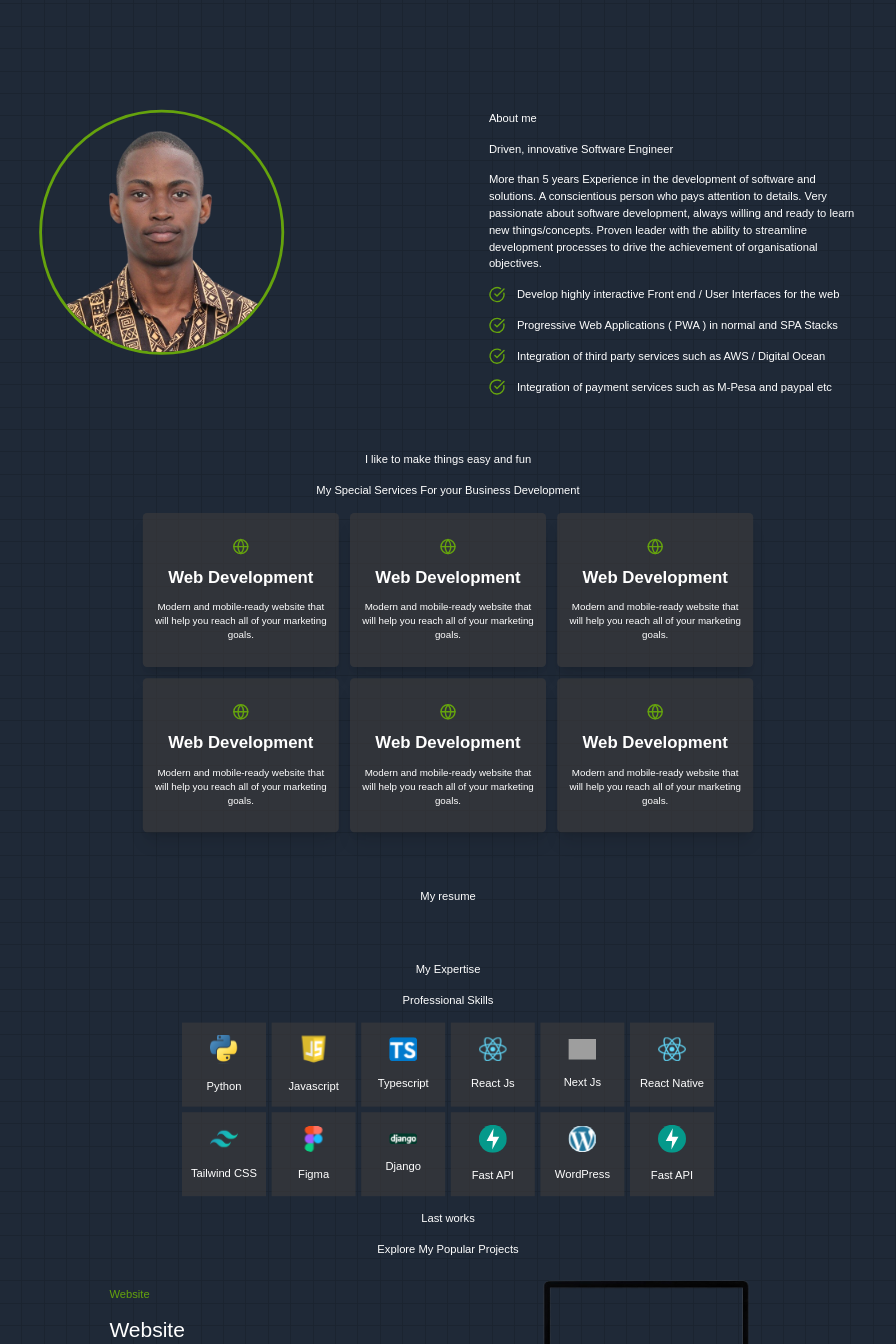
Repository: BrunelDev/portfolioV2
Page: /
The author's editor kept a copy of each file at every save. The page is drawn from the files as they stood at one save, then again after the next save.
The browser window is 1280 px wide. The pictures show the part of the page from y = 667 to 2587 px (the page is 5054 px tall), at 70% of full size.
Pictures or frames that could not be fetched are drawn as grey boxes. The project was rebuilt for these pictures with package versions that can differ from the ones it lists, and the page was loaded fresh each time. The framework's server and built-in components were replaced by stand-ins that run in the browser. Also part of the build but not shown: next.config.ts.

Above is the page before, as saved 2024-12-09 16:35:42.

### app/layout.tsx
import type { Metadata } from "next";
import localFont from "next/font/local";
import "./globals.css";
import {BackgroundBeams} from "@/components/ui/background-beams"

const geistSans = localFont({
  src: "./fonts/GeistVF.woff",
  variable: "--font-geist-sans",
  weight: "100 900",
});
const geistMono = localFont({
  src: "./fonts/GeistMonoVF.woff",
  variable: "--font-geist-mono",
  weight: "100 900",
});

export const metadata: Metadata = {
  title: "Create Next App",
  description: "Generated by create next app",
};

export default function RootLayout({
  children,
}: Readonly<{
  children: React.ReactNode;
}>) {
  return (
    <html lang="en">
      <body
        className={`${geistSans.variable} ${geistMono.variable} antialiased bg-gray-800 selection:bg-lime-600 text-white dark:bg-grid-white/[0.2] bg-grid-black/[0.2]`}


      >
        <div className="z-50">
        {children}

</div>
      </body>
    </html>
  );
}

### app/components/footer.tsx
"use client"
import { ChevronsUp } from "lucide-react";
import Link from "next/link";

export function Footer() {
  const scrollToTop = (event: React.MouseEvent<HTMLAnchorElement>) => {
    event.preventDefault();
    const element = document.getElementById("top");
    if (element) {
      element.scrollIntoView({ behavior: "smooth" });
    }
  };
  return (
    <div className="flex flex-col sm:flex-row px-4 sm:px-20 py-6 justify-between items-center bg-[#252525af] relative">
      <h6 className="text-center sm:text-left mb-4 sm:mb-0">
        Copyright @2024, Wilson Kinyua. All Rights Reserved
      </h6>
      <Link
        href={"#top"}
        onClick={(e) => {
          scrollToTop(e);
        }}
        className="mb-4 sm:mb-0"
      >
        <div className="bg-lime-600 rounded-lg w-[60px] h-[60px] flex justify-center items-center mx-auto sm:mx-0">
          <ChevronsUp size={40} />
        </div>
      </Link>

      <ul className="flex flex-wrap justify-center sm:justify-start space-x-3">
        <li className="hover:text-lime-600 duration-300">
          <a href="#home">Home</a>
        </li>
        <li className="hover:text-lime-600 duration-300">
          <a href="#about">About</a>
        </li>
        <li className="hover:text-lime-600 duration-300">
          <a href="#contact">Contact</a>
        </li>
        <li className="hover:text-lime-600 duration-300">
          <a href="#services">Services</a>
        </li>
        <li className="hover:text-lime-600 duration-300">
          <a href="#blog">Resume</a>
        </li>
        <li className="hover:text-lime-600 duration-300">
          <a href="#login">Skills</a>
        </li>
        <li className="hover:text-lime-600 duration-300">
          <a href="#logout">Projects</a>
        </li>
      </ul>
    </div>
  );
}

### app/components/input.tsx
import { Input } from "@/components/ui/input";
import { Label } from "@/components/ui/label";

export function InputComponent({
  placeholder = "",
  label = "",
  handleChange,
  height = "",
}: {
  placeholder: string;
  label: string;
  handleChange: (value: string) => void;
  height: string;
}) {
  return (
    <div className="grid w-full items-center gap-1.5 ">
      <Label htmlFor="email">{label}</Label>
      <Input
        className={`h-full w-full ${height ? height : ""}`}
        type="email"
        id="email"
        placeholder={placeholder}
        onChange={(e) => {
          handleChange(e.target.value);
        }}
      />
    </div>
  );
}

### app/components/navbar.tsx
import {
  BriefcaseBusiness,
  Contact,
  FileText,
  House,
  Layers,
  PencilRuler,
  UserRoundSearch,
} from "lucide-react";
import { Button } from "@/components/ui/button"
export function Navbar() {
  return (
    <div className="w-full px-4 sm:px-8 flex flex-col sm:flex-row justify-between items-center my-6 z-50" id="top">
      <h6 className="text-center sm:text-left mb-4 sm:mb-0">
        <span className="text-lime-600">A</span>HOKPOSSI{" "}
        <span className="text-lime-600">B</span>runel
      </h6>
      <ul className="flex flex-wrap justify-center sm:justify-start space-x-3 p-4 rounded-xl bg-gray-900">
        <li className="hover:text-lime-600 duration-300">
          <a href="#home">Home</a>
        </li>
        <li className="hover:text-lime-600 duration-300">
          <a href="#about">About</a>
        </li>
        <li className="hover:text-lime-600 duration-300">
          <a href="#contact">Contact</a>
        </li>
        <li className="hover:text-lime-600 duration-300">
          <a href="#services">Services</a>
        </li>
        <li className="hover:text-lime-600 duration-300">
          <a href="#blog">Resume</a>
        </li>
        <li className="hover:text-lime-600 duration-300">
          <a href="#login">Skills</a>
        </li>
        <li className="hover:text-lime-600 duration-300">
          <a href="#logout">Projects</a>
        </li>
      </ul>
      <Button variant="gooeyLeft" className="bg-lime-600 rounded-md px-4 py-1 hover:bg-lime-900 hover:scale-105 duration-300 h-fit mt-4 sm:mt-0">
        Hire Me
      </Button>
    </div>
  );
}

export function FloatingNavBar() {
  return (
    <div className="w-[250px] md:w-1/3 fixed left-1/2 -translate-x-1/2 bottom-10 bg-[#4d4d4ea1] rounded-lg p-4 flex justify-around">
      <House />
      <UserRoundSearch />
      <Contact />
      <BriefcaseBusiness />
      <FileText />
      <PencilRuler />
      <Layers />
    </div>
  );
}

### app/components/serviceComponent.tsx
import { LucideIcon } from "lucide-react";

export function ServiceComponent({
  icon: Icon,
  title,
  description,
}: {
  icon: LucideIcon;
  title: string;
  description: string;
}) {
  return (
    <div className="flex flex-col space-y-4 p-4 w-[280px] h-[220px] justify-center items-center bg-[#3e3d3d98] rounded-md shadow-xl ">
      <Icon color="#65a30d"/>
      <h2 className="text-2xl font-bold">{title}</h2>
      <p className="text-center text-sm">{description}</p>
    </div>
  );
}

### app/components/skillCard.tsx
import Image from "next/image";

export function SkillCard({
  skill,
}: {
  skill: { image: string; title: string };
}) {
  return (
    <div className="#1E1E1E flex flex-col justify-center items-center w-[120px] h-[120px] space-y-5 bg-[#3e3d3d98]">
      <Image src={skill.image} alt={skill.title} width={40} height={50} />
      <h3>{skill.title}</h3>
    </div>
  );
}

### app/components/workSection.tsx
import { ArrowUpRight } from "lucide-react";
import Image from "next/image";

export function WorkSection({
  work,
  reversed,
}: {
  work: { image: string; category: string; title: string; description: string };
  reversed: boolean;
}) {
  return (
    <div
      className={`flex ${
        reversed ? "flex-row-reverse" : "flex-row"
      } justify-between w-full`}
    >
        <Image src={work.image} width={400} height={600} alt="blank PC" />
      <div className="w-1/2 flex flex-col space-y-5 self-center">
        <h6 className="text-lime-600">{work.category}</h6>
        <h1 className="text-3xl">{work.category}</h1>
              <h6>{work.description}</h6>
              <div className="h-14 w-14 flex justify-center items-center rounded-full border hover:animate-pulse duration-75">
        <ArrowUpRight size={30}/>

              </div>
      </div>
    </div>
  );
}

### components/ui/button.tsx
import * as React from "react";
import { Slot, Slottable } from "@radix-ui/react-slot";
import { cva, type VariantProps } from "class-variance-authority";
import { cn } from "@/lib/utils";

const buttonVariants = cva(
  "inline-flex items-center justify-center whitespace-nowrap rounded-md text-sm font-medium ring-offset-background transition-colors focus-visible:outline-none focus-visible:ring-2 focus-visible:ring-ring focus-visible:ring-offset-2 disabled:pointer-events-none disabled:opacity-50",
  {
    variants: {
      variant: {
        default: "bg-primary text-primary-foreground hover:bg-primary/90",
        destructive:
          "bg-destructive text-destructive-foreground hover:bg-destructive/90",
        outline:
          "border border-input bg-background hover:bg-accent hover:text-accent-foreground",
        secondary:
          "bg-secondary text-secondary-foreground hover:bg-secondary/80",
        ghost: "hover:bg-accent hover:text-accent-foreground",
        link: "text-primary underline-offset-4 hover:underline",
        expandIcon:
          "group relative text-primary-foreground bg-primary hover:bg-primary/90",
        ringHover:
          "bg-primary text-primary-foreground transition-all duration-300 hover:bg-primary/90 hover:ring-2 hover:ring-primary/90 hover:ring-offset-2",
        shine:
          "text-primary-foreground animate-shine bg-gradient-to-r from-primary via-primary/75 to-primary bg-[length:400%_100%] ",
        gooeyRight:
          "text-primary-foreground relative bg-primary z-0 overflow-hidden transition-all duration-500 before:absolute before:inset-0 before:-z-10 before:translate-x-[150%] before:translate-y-[150%] before:scale-[2.5] before:rounded-[100%] before:bg-gradient-to-r from-zinc-400 before:transition-transform before:duration-1000  hover:before:translate-x-[0%] hover:before:translate-y-[0%] ",
        gooeyLeft:
          "text-primary-foreground relative bg-primary z-0 overflow-hidden transition-all duration-500 after:absolute after:inset-0 after:-z-10 after:translate-x-[-150%] after:translate-y-[150%] after:scale-[2.5] after:rounded-[100%] after:bg-gradient-to-l from-zinc-400 after:transition-transform after:duration-1000  hover:after:translate-x-[0%] hover:after:translate-y-[0%] ",
        linkHover1:
          "relative after:absolute after:bg-primary after:bottom-2 after:h-[1px] after:w-2/3 after:origin-bottom-left after:scale-x-100 hover:after:origin-bottom-right hover:after:scale-x-0 after:transition-transform after:ease-in-out after:duration-300",
        linkHover2:
          "relative after:absolute after:bg-primary after:bottom-2 after:h-[1px] after:w-2/3 after:origin-bottom-right after:scale-x-0 hover:after:origin-bottom-left hover:after:scale-x-100 after:transition-transform after:ease-in-out after:duration-300",
      },
      size: {
        default: "h-10 px-4 py-2",
        sm: "h-9 rounded-md px-3",
        lg: "h-11 rounded-md px-8",
        icon: "h-10 w-10",
      },
    },
    defaultVariants: {
      variant: "default",
      size: "default",
    },
  }
);

interface IconProps {
  Icon: React.ElementType;
  iconPlacement: "left" | "right";
}

interface IconRefProps {
  Icon?: never;
  iconPlacement?: undefined;
}

export interface ButtonProps
  extends React.ButtonHTMLAttributes<HTMLButtonElement>,
    VariantProps<typeof buttonVariants> {
  asChild?: boolean;
}

export type ButtonIconProps = IconProps | IconRefProps;

const Button = React.forwardRef<
  HTMLButtonElement,
  ButtonProps & ButtonIconProps
>(
  (
    {
      className,
      variant,
      size,
      asChild = false,
      Icon,
      iconPlacement,
      ...props
    },
    ref
  ) => {
    const Comp = asChild ? Slot : "button";
    return (
      <Comp
        className={cn(buttonVariants({ variant, size, className }))}
        ref={ref}
        {...props}
      >
        {Icon && iconPlacement === "left" && (
          <div className="w-0 translate-x-[0%] pr-0 opacity-0 transition-all duration-200 group-hover:w-5 group-hover:translate-x-100 group-hover:pr-2 group-hover:opacity-100">
            <Icon />
          </div>
        )}
        <Slottable>{props.children}</Slottable>
        {Icon && iconPlacement === "right" && (
          <div className="w-0 translate-x-[100%] pl-0 opacity-0 transition-all duration-200 group-hover:w-5 group-hover:translate-x-0 group-hover:pl-2 group-hover:opacity-100">
            <Icon />
          </div>
        )}
      </Comp>
    );
  }
);
Button.displayName = "Button";

export { Button, buttonVariants };

### components/ui/input.tsx
import * as React from "react"

import { cn } from "@/lib/utils"

const Input = React.forwardRef<HTMLInputElement, React.ComponentProps<"input">>(
  ({ className, type, ...props }, ref) => {
    return (
      <input
        type={type}
        className={cn(
          "flex h-9 w-full rounded-md border border-input bg-transparent px-3 py-1 text-base shadow-sm transition-colors file:border-0 file:bg-transparent file:text-sm file:font-medium file:text-foreground placeholder:text-muted-foreground focus-visible:outline-none focus-visible:ring-1 focus-visible:ring-ring disabled:cursor-not-allowed disabled:opacity-50 md:text-sm",
          className
        )}
        ref={ref}
        {...props}
      />
    )
  }
)
Input.displayName = "Input"

export { Input }

### components/ui/label.tsx
"use client"

import * as React from "react"
import * as LabelPrimitive from "@radix-ui/react-label"
import { cva, type VariantProps } from "class-variance-authority"

import { cn } from "@/lib/utils"

const labelVariants = cva(
  "text-sm font-medium leading-none peer-disabled:cursor-not-allowed peer-disabled:opacity-70"
)

const Label = React.forwardRef<
  React.ElementRef<typeof LabelPrimitive.Root>,
  React.ComponentPropsWithoutRef<typeof LabelPrimitive.Root> &
    VariantProps<typeof labelVariants>
>(({ className, ...props }, ref) => (
  <LabelPrimitive.Root
    ref={ref}
    className={cn(labelVariants(), className)}
    {...props}
  />
))
Label.displayName = LabelPrimitive.Root.displayName

export { Label }

### tailwind.config.ts
import type { Config } from "tailwindcss";
const svgToDataUri = require("mini-svg-data-uri");

const {
  default: flattenColorPalette,
} = require("tailwindcss/lib/util/flattenColorPalette");

export default {
  darkMode: ["class"],
  content: [
    "./pages/**/*.{js,ts,jsx,tsx,mdx}",
    "./components/**/*.{js,ts,jsx,tsx,mdx}",
    "./app/**/*.{js,ts,jsx,tsx,mdx}",
  ],
  theme: {
    extend: {
      colors: {
        background: "hsl(var(--background))",
        foreground: "hsl(var(--foreground))",
        card: {
          DEFAULT: "hsl(var(--card))",
          foreground: "hsl(var(--card-foreground))",
        },
        popover: {
          DEFAULT: "hsl(var(--popover))",
          foreground: "hsl(var(--popover-foreground))",
        },
        primary: {
          DEFAULT: "hsl(var(--primary))",
          foreground: "hsl(var(--primary-foreground))",
        },
        secondary: {
          DEFAULT: "hsl(var(--secondary))",
          foreground: "hsl(var(--secondary-foreground))",
        },
        muted: {
          DEFAULT: "hsl(var(--muted))",
          foreground: "hsl(var(--muted-foreground))",
        },
        accent: {
          DEFAULT: "hsl(var(--accent))",
          foreground: "hsl(var(--accent-foreground))",
        },
        destructive: {
          DEFAULT: "hsl(var(--destructive))",
          foreground: "hsl(var(--destructive-foreground))",
        },
        border: "hsl(var(--border))",
        input: "hsl(var(--input))",
        ring: "hsl(var(--ring))",
        chart: {
          "1": "hsl(var(--chart-1))",
          "2": "hsl(var(--chart-2))",
          "3": "hsl(var(--chart-3))",
          "4": "hsl(var(--chart-4))",
          "5": "hsl(var(--chart-5))",
        },
      },
      borderRadius: {
        lg: "var(--radius)",
        md: "calc(var(--radius) - 2px)",
        sm: "calc(var(--radius) - 4px)",
      },
    },
  },
  plugins: [require("tailwindcss-animate"), addVariablesForColors, gridDot],
} satisfies Config;

function addVariablesForColors({ addBase, theme }: any) {
  const allColors = flattenColorPalette(theme("colors"));
  const newVars = Object.fromEntries(
    Object.entries(allColors).map(([key, val]) => [`--${key}`, val])
  );

  addBase({
    ":root": newVars,
  });
}



function gridDot({ matchUtilities, theme }: any) {
	matchUtilities(
	  {
		"bg-grid": (value: any) => ({
		  backgroundImage: `url("${svgToDataUri(
			`<svg xmlns="http://www.w3.org/2000/svg" viewBox="0 0 32 32" width="32" height="32" fill="none" stroke="${value}"><path d="M0 .5H31.5V32"/></svg>`
		  )}")`,
		}),
		"bg-grid-small": (value: any) => ({
		  backgroundImage: `url("${svgToDataUri(
			`<svg xmlns="http://www.w3.org/2000/svg" viewBox="0 0 32 32" width="8" height="8" fill="none" stroke="${value}"><path d="M0 .5H31.5V32"/></svg>`
		  )}")`,
		}),
		"bg-dot": (value: any) => ({
		  backgroundImage: `url("${svgToDataUri(
			`<svg xmlns="http://www.w3.org/2000/svg" viewBox="0 0 32 32" width="16" height="16" fill="none"><circle fill="${value}" id="pattern-circle" cx="10" cy="10" r="1.6257413380501518"></circle></svg>`
		  )}")`,
		}),
	  },
	  { values: flattenColorPalette(theme("backgroundColor")), type: "color" }
	);
  }

Loaded but not shown: app/globals.css (common file); lib/utils.ts (common file); app/page.tsx (344 lines, source omitted)

After the next save:
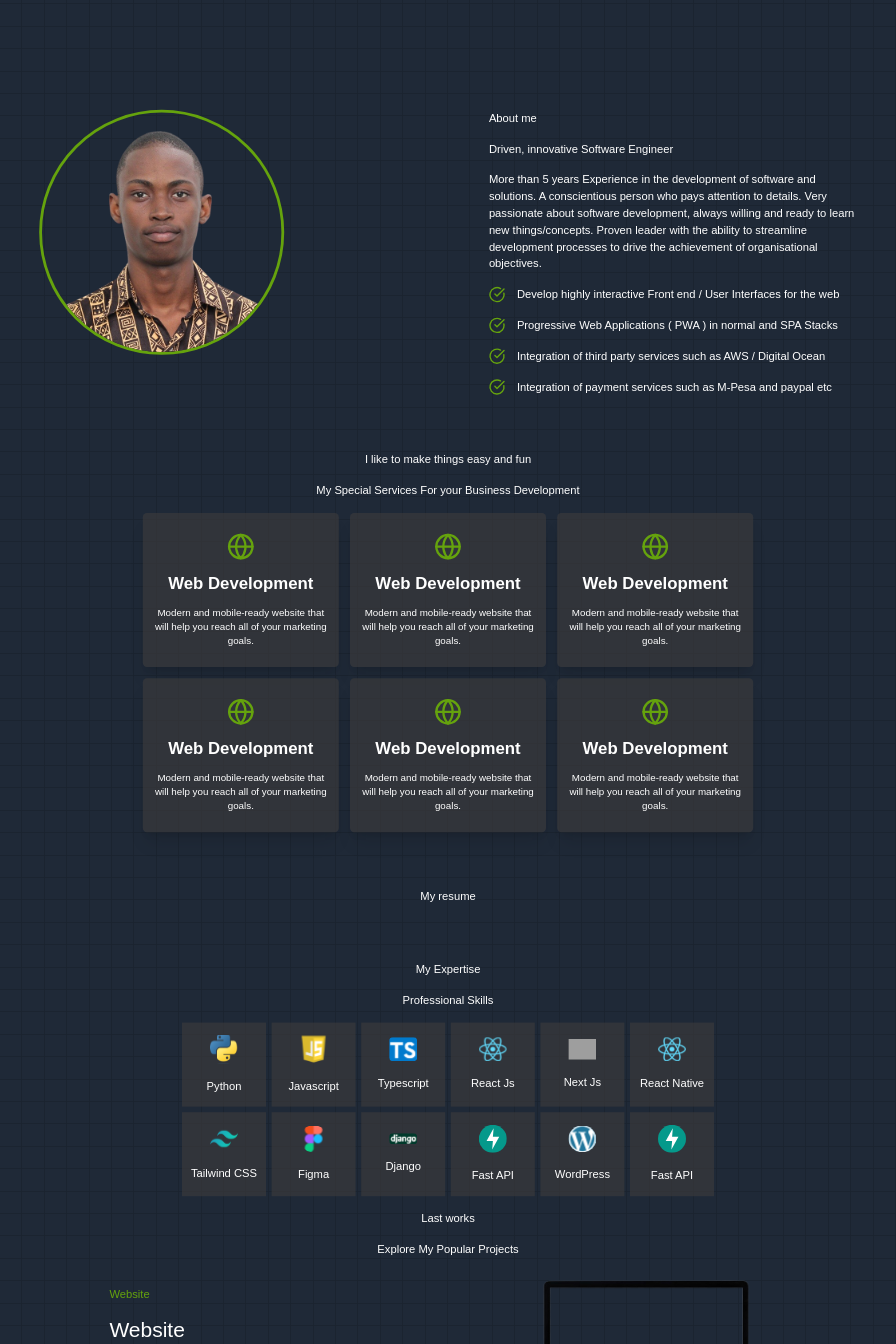
Saved 60 s later.
--- a/app/components/serviceComponent.tsx
+++ b/app/components/serviceComponent.tsx
@@ -10,10 +10,10 @@
   description: string;
 }) {
   return (
-    <div className="flex flex-col space-y-4 p-4 w-[280px] h-[220px] justify-center items-center bg-[#3e3d3d98] rounded-md shadow-xl ">
-      <Icon color="#65a30d"/>
-      <h2 className="text-2xl font-bold">{title}</h2>
-      <p className="text-center text-sm">{description}</p>
+    <div className="flex flex-col space-y-4 p-4 w-full sm:w-[280px] min-h-[220px] justify-center items-center bg-[#3e3d3d98] rounded-md shadow-xl hover:scale-105 transition-transform duration-300">
+      <Icon color="#65a30d" className="w-8 h-8 sm:w-10 sm:h-10"/>
+      <h2 className="text-xl sm:text-2xl font-bold text-center">{title}</h2>
+      <p className="text-center text-xs sm:text-sm">{description}</p>
     </div>
   );
 }
